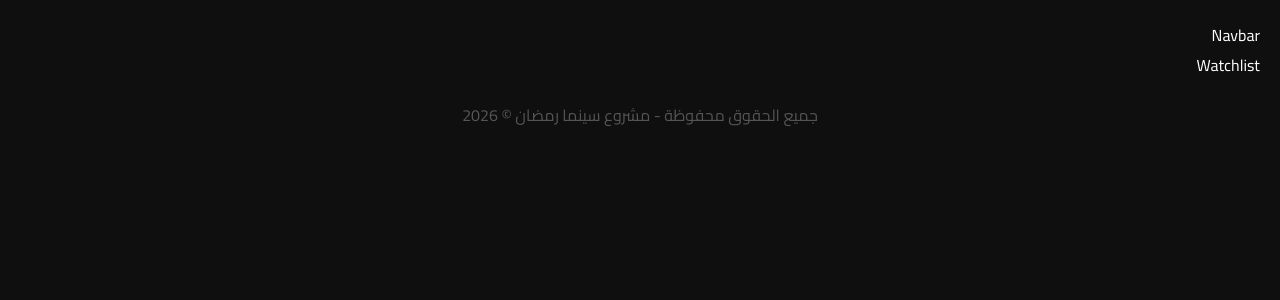
Repository: RAMADAN975/Arabic-Science-Hub
Page: /watchlist
An editor plug-in stored every save of this project. The page is shown before and after the next save, followed by the edit.
The browser window is 1280 px wide. The pictures show the whole page.
The project was rebuilt for these pictures with package versions that can differ from the ones it lists, and the page was loaded fresh each time. Also part of the build but not shown: vite.config.js, src/components/Pages/Home.jsx, src/components/Pages/MovieDetails.jsx.

Above is the page before, as saved 2026-03-16 03:43:00.

After the next save:
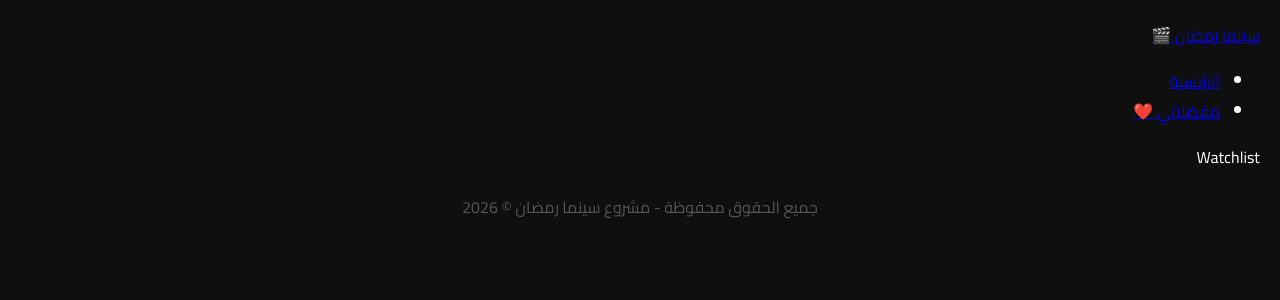
Saved 2 min 55 s later.
--- a/src/components/Navbar.jsx
+++ b/src/components/Navbar.jsx
@@ -1,5 +1,31 @@
-import React from "react";
+import { Link } from 'react-router-dom';
 
-export default function Navbar() {
-    return <div>Navbar</div>;
-}
+const Navbar = () => {
+    return (
+        // Main navigation container
+        <nav className="navbar">
+
+            {/* Website Logo - Clicking it returns user to Home */}
+            <div className="nav-logo">
+                <Link to="/">سينما رمضان 🎬</Link>
+            </div>
+
+            {/* Navigation Links List */}
+            <ul className="nav-links">
+
+                {/* Link to Home Page */}
+                <li>
+                    <Link to="/">الرئيسية</Link>
+                </li>
+
+                {/* Link to My Watchlist Page */}
+                <li>
+                    <Link to="/watchlist">مفضلاتي ❤️</Link>
+                </li>
+
+            </ul>
+        </nav>
+    );
+};
+
+export default Navbar;
